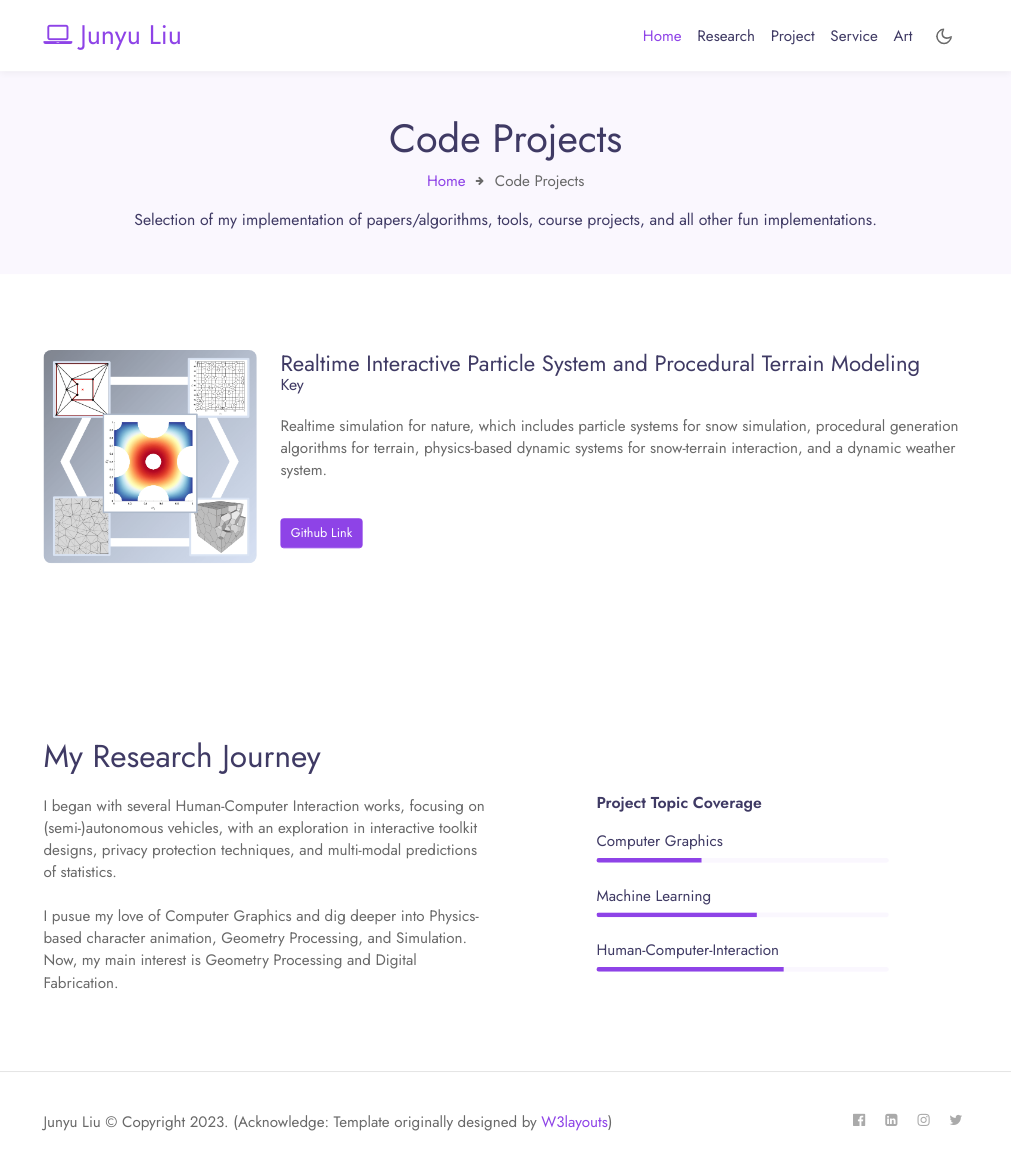
Repository: Junyu-Liu-Nate/junyu-liu-nate.github.io
Page: project.html
The author's editor kept a copy of each file at every save. The page is drawn from the files as they stood at one save, then again after the next save.
The browser window is 1280 px wide. The pictures show the whole page, at 79% of full size.

Above is the page before, as saved 2024-04-10 18:06:00.
Console error: TypeError: Cannot read properties of null (reading 'classList')

### project.html
<!--
Author: Junyu Liu
Author: W3layouts
Author URL: http://w3layouts.com
-->
<!doctype html>
<html lang="en">

<head>
  <!-- Required meta tags -->
  <meta charset="utf-8">
  <meta name="viewport" content="width=device-width, initial-scale=1, shrink-to-fit=no">

  <title>Junyu Liu - Projects</title>

  <!-- google fonts -->
  <link href="//fonts.googleapis.com/css2?family=Jost:wght@300;400;600&display=swap" rel="stylesheet">

  <!-- Template CSS -->
  <link rel="stylesheet" href="assets/css/style-starter.css">
</head>

<body>
<!-- header -->
<header id="site-header" class="fixed-top">
  <div class="container">
      <nav class="navbar navbar-expand-lg stroke">
          <a class="navbar-brand" href="index.html">
              <span class="fa fa-laptop"></span> Junyu Liu
          </a>
          <!-- if logo is image enable this
      <a class="navbar-brand" href="#index.html">
          <img src="image-path" alt="Your logo" title="Your logo" style="height:35px;" />
      </a> -->
          <button class="navbar-toggler  collapsed bg-gradient" type="button" data-toggle="collapse"
              data-target="#navbarTogglerDemo02" aria-controls="navbarTogglerDemo02" aria-expanded="false"
              aria-label="Toggle navigation">
              <span class="navbar-toggler-icon fa icon-expand fa-bars"></span>
              <span class="navbar-toggler-icon fa icon-close fa-times"></span>
              </span>
          </button>

          <div class="collapse navbar-collapse" id="navbarTogglerDemo02">
            <ul class="navbar-nav ml-auto">
                <li class="nav-item active">
                    <a class="nav-link" href="index.html">Home <span class="sr-only">(current)</span></a>
                </li>
                <li class="nav-item @@research_active">
                    <a class="nav-link" href="research.html">Research</a>
                </li>
                <li class="nav-item @@project_active">
                  <a class="nav-link" href="project.html">Project</a>
                </li>
                <li class="nav-item @@service_active">
                  <a class="nav-link" href="service.html">Service</a>
                </li>
                <li class="nav-item @@art_active">
                    <a class="nav-link" href="art.html">Art</a>
                </li>
            </ul>
        </div>
          <!-- toggle switch for light and dark theme -->
          <div class="mobile-position">
              <nav class="navigation">
                  <div class="theme-switch-wrapper">
                      <label class="theme-switch" for="checkbox">
                          <input type="checkbox" id="checkbox">
                          <div class="mode-container">
                              <i class="gg-sun"></i>
                              <i class="gg-moon"></i>
                          </div>
                      </label>
                  </div>
              </nav>
          </div>
          <!-- //toggle switch for light and dark theme -->
      </nav>
  </div>
</header>
<!-- //header -->

<!-- about breadcrumb -->
<section class="w3l-about-breadcrumb text-center">
    <div class="breadcrumb-bg breadcrumb-bg-about py-sm-5 py-4">
        <div class="container py-2">
            <h2 class="title">Code Projects</h2>
            <ul class="breadcrumbs-custom-path mt-2">
                <li><a href="index.html">Home</a></li>
                <li class="active"><span class="fa fa-arrow-right mx-2" aria-hidden="true"></span> Code Projects </li>
            </ul>
            <br>
            <h5>Selection of my implementation of papers/algorithms, tools, course projects, and all other fun implementations.</h5>
        </div>
    </div>
</section>
<!-- //about breadcrumb -->

<!-- about page about section -->
<section class="w3l-aboutblock1" id="about">
    <div class="midd-w3 py-5">
        <div class="container py-lg-5 py-md-3">
              <div class="row">
                <div class="col-lg-3">
                  <div class="position-relative">
                      <img src="assets/images/project/thumnail/port-FEM-vs-VEM.png" alt="" class="radius-image img-fluid">
                  </div>
                </div>
                <div class="col-lg-9 mt-lg-0 mt-5">
                    <!-- <h5 class="title-small mb-2">Hello, I am UI/UX Designer</h5> -->
                    <h3 class="title">Realtime Interactive Particle System and Procedural Terrain Modeling</h3>
                    <h5>Key</h5>
                    <p class="mt-4">
                      Realtime simulation for nature, which includes particle systems for snow simulation, procedural generation algorithms for terrain, physics-based dynamic systems for snow-terrain interaction, and a dynamic weather system.
                    </p>
                    <!-- <p class="mt-4">Proposed, developed and validated the first formalization method of Feint actions, the Palindrome-directed Generation of Feint. Designed and developed an automatic Feint generation model, FeintNet, to incorporate action-level policy designs with the formalization, enabling the effectiveness of Feint in multi-agent scenarios. The experiment results show that Feint actions brings overall benefits and introduce a great extent of diversity in Multi-Player Games.</p> -->
                    <!-- <div class="my-info mt-4">
                        <div class="single-info"><span>Status:</span>
                            <p>Under Review</p>
                        </div>
                        <div class="single-info"><span>Topic:</span>
                          <p>Geometry Processing, Simulation</p>
                        </div>
                    </div> -->
                    <div class="mt-sm-5 mt-4">
                      <a href="https://github.com/Junyu-Liu-Nate/Realtime-Interactive-Particle-System-Procedural-Modeling-OpenGL" class="btn btn-primary">Github Link</a>
                      <!-- <a href="https://youtu.be/e83U_-0MTHk" class="btn btn-primary">Video</a> -->
                      <!-- <a href="#download" class="btn btn-primary">Paper</a> -->
                      <!-- <a href="#download" class="btn btn-primary">Code</a> -->
                      <!-- <a href="#download" class="btn btn-primary">Video</a> -->
                    </div>
                    <!-- <div class="my-social mt-lg-3 mt-4">
                        <a href="#download" class="btn btn-style btn-primary">Detailed Info</a>
                        <ul class="social m-0 p-0">
                            <a href="#download" class="btn btn-outline-primary btn-style mr-2">Website</a>
                            <a href="#download" class="btn btn-outline-primary btn-style mr-2">Paper</a>
                            <a href="#download" class="btn btn-outline-primary btn-style mr-2">Code</a>
                        </ul>
                    </div> -->
                </div>
            </div>

            <!-- <p><br>-----------------------------------------------------------------------------------------------------------------------------------------------------------------------------------<br><br></p> -->
            <p><br></p>

        </div>
    </div>
</section>
<!-- //about page about section -->

<!-- about page third section -->
<section class="w3l-content-6 py-5">
    <div class="content-6-mian py-lg-5 py-md-4">
        <div class="container">
            <div class="content-info-in row">
                <div class="content-gd col-lg-6">
                    <h3 class="title-big mb-4">My Research Journey</h3>
                    <p>
                      I began with several Human-Computer Interaction works, focusing on (semi-)autonomous vehicles, with an exploration in interactive toolkit designs, privacy protection techniques, and multi-modal predictions of statistics.
                      <br><br>

                      I pusue my love of Computer Graphics and dig deeper into Physics-based character animation, Geometry Processing, and Simulation. Now, my main interest is Geometry Processing and Digital Fabrication.
                    </p>
                </div>
                <div class="content-gd col-lg-4 offset-lg-1">
                    <br><br><br>
                    <h5><b>Project Topic Coverage</b></h5><br>
                    <div class="progress-info">
                        <h6 class="progress-tittle">Computer Graphics</h6>
                        <div class="progress">
                            <div class="progress-bar progress-bar-striped" role="progressbar" style="width: 36%"
                                aria-valuenow="36" aria-valuemin="0" aria-valuemax="100">
                            </div>
                        </div>
                    </div>
                    <div class="progress-info">
                        <h6 class="progress-tittle">Machine Learning
                        </h6>
                        <div class="progress">
                            <div class="progress-bar progress-bar-striped" role="progressbar" style="width: 55%"
                                aria-valuenow="55" aria-valuemin="0" aria-valuemax="100">
                            </div>
                        </div>
                    </div>
                    <div class="progress-info">
                        <h6 class="progress-tittle">Human-Computer-Interaction</h6>
                        <div class="progress">
                            <div class="progress-bar progress-bar-striped" role="progressbar" style="width: 64%"
                                aria-valuenow="64" aria-valuemin="0" aria-valuemax="100">
                            </div>
                        </div>
                    </div>
                </div>
            </div>
        </div>
    </div>
</section>
<!-- about page third section -->

<!-- Footer -->
<section class="w3l-footer py-sm-5 py-4">
  <div class="container">
    <div class="footer-content">
      <div class="row">
        <div class="col-lg-8 footer-left">
          <p class="m-0">Junyu Liu © Copyright 2023. (Acknowledge: Template originally designed by <a href="https://w3layouts.com">W3layouts</a>)</p>
        </div>
        <div class="col-lg-4 footer-right text-lg-right text-center mt-lg-0 mt-3">
          <ul class="social m-0 p-0">
            <li><a href="#facebook"><span class="fa fa-facebook-official"></span></a></li>
            <li><a href="#linkedin"><span class="fa fa-linkedin-square"></span></a></li>
            <li><a href="#instagram"><span class="fa fa-instagram"></span></a></li>
            <li><a href="#twitter"><span class="fa fa-twitter"></span></a></li>
          </ul>
        </div>
      </div>
    </div>
  </div>

  <!-- move top -->
  <button onclick="topFunction()" id="movetop" title="Go to top">
    <span class="fa fa-angle-up"></span>
  </button>
  <script>
    // When the user scrolls down 20px from the top of the document, show the button
    window.onscroll = function () {
      scrollFunction()
    };

    function scrollFunction() {
      if (document.body.scrollTop > 20 || document.documentElement.scrollTop > 20) {
        document.getElementById("movetop").style.display = "block";
      } else {
        document.getElementById("movetop").style.display = "none";
      }
    }

    // When the user clicks on the button, scroll to the top of the document
    function topFunction() {
      document.body.scrollTop = 0;
      document.documentElement.scrollTop = 0;
    }
  </script>
  <!-- /move top -->
</section>
<!-- //Footer -->

<!-- all js scripts and files here -->

<script src="assets/js/theme-change.js"></script><!-- theme switch js (light and dark)-->

<script src="assets/js/jquery-3.3.1.min.js"></script><!-- default jQuery -->

<!-- /typig-text-->
<script>
  const typedTextSpan = document.querySelector(".typed-text");
  const cursorSpan = document.querySelector(".cursor");

  const textArray = ["UI/UX Designer", "Freelancer", "Web developer"];
  const typingDelay = 200;
  const erasingDelay = 10;
  const newTextDelay = 100; // Delay between current and next text
  let textArrayIndex = 0;
  let charIndex = 0;

  function type() {
    if (charIndex < textArray[textArrayIndex].length) {
      if (!cursorSpan.classList.contains("typing")) cursorSpan.classList.add("typing");
      typedTextSpan.textContent += textArray[textArrayIndex].charAt(charIndex);
      charIndex++;
      setTimeout(type, typingDelay);
    } else {
      cursorSpan.classList.remove("typing");
      setTimeout(erase, newTextDelay);
    }
  }

  function erase() {
    if (charIndex > 0) {
      // add class 'typing' if there's none
      if (!cursorSpan.classList.contains("typing")) {
        cursorSpan.classList.add("typing");
      }
      typedTextSpan.textContent = textArray[textArrayIndex].substring(0, 0);
      charIndex--;
      setTimeout(erase, erasingDelay);
    } else {
      cursorSpan.classList.remove("typing");
      textArrayIndex++;
      if (textArrayIndex >= textArray.length) textArrayIndex = 0;
      setTimeout(type, typingDelay);
    }
  }

  document.addEventListener("DOMContentLoaded", function () { // On DOM Load initiate the effect
    if (textArray.length) setTimeout(type, newTextDelay + 250);
  });
</script>
<!-- //typig-text-->

<!-- services owlcarousel -->
<script src="assets/js/owl.carousel.js"></script>

<!-- script for services -->
<script>
  $(document).ready(function () {
    $('.owl-two').owlCarousel({
      loop: true,
      margin: 30,
      nav: false,
      responsiveClass: true,
      autoplay: false,
      autoplayTimeout: 5000,
      autoplaySpeed: 1000,
      autoplayHoverPause: false,
      responsive: {
        0: {
          items: 1,
          nav: false
        },
        480: {
          items: 1,
          nav: false
        },
        700: {
          items: 1,
          nav: false
        },
        1090: {
          items: 3,
          nav: false
        }
      }
    })
  })
</script>
<!-- //script for services -->

<!-- script for tesimonials carousel slider -->
<script>
  $(document).ready(function () {
    $("#owl-demo1").owlCarousel({
      loop: true,
      margin: 20,
      nav: false,
      responsiveClass: true,
      responsive: {
        0: {
          items: 1,
          nav: false
        },
        736: {
          items: 1,
          nav: false
        },
        1000: {
          items: 2,
          nav: false,
          loop: false
        }
      }
    })
  })
</script>
<!-- //script for tesimonials carousel slider -->

<!-- video popup -->
<script src="assets/js/jquery.magnific-popup.min.js"></script>
<script>
  $(document).ready(function () {
    $('.popup-with-zoom-anim').magnificPopup({
      type: 'inline',

      fixedContentPos: false,
      fixedBgPos: true,

      overflowY: 'auto',

      closeBtnInside: true,
      preloader: false,

      midClick: true,
      removalDelay: 300,
      mainClass: 'my-mfp-zoom-in'
    });

    $('.popup-with-move-anim').magnificPopup({
      type: 'inline',

      fixedContentPos: false,
      fixedBgPos: true,

      overflowY: 'auto',

      closeBtnInside: true,
      preloader: false,

      midClick: true,
      removalDelay: 300,
      mainClass: 'my-mfp-slide-bottom'
    });
  });
</script>
<!-- //video popup -->

<!-- stats number counter-->
<script src="assets/js/jquery.waypoints.min.js"></script>
<script src="assets/js/jquery.countup.js"></script>
<script>
  $('.counter').countUp();
</script>
<!-- //stats number counter -->

<!-- disable body scroll which navbar is in active -->
<script>
  $(function () {
    $('.navbar-toggler').click(function () {
      $('body').toggleClass('noscroll');
    })
  });
</script>
<!-- disable body scroll which navbar is in active -->

<!--/MENU-JS-->
<script>
  $(window).on("scroll", function () {
    var scroll = $(window).scrollTop();

    if (scroll >= 80) {
      $("#site-header").addClass("nav-fixed");
    } else {
      $("#site-header").removeClass("nav-fixed");
    }
  });

  //Main navigation Active Class Add Remove
  $(".navbar-toggler").on("click", function () {
    $("header").toggleClass("active");
  });
  $(document).on("ready", function () {
    if ($(window).width() > 991) {
      $("header").removeClass("active");
    }
    $(window).on("resize", function () {
      if ($(window).width() > 991) {
        $("header").removeClass("active");
      }
    });
  });
</script>
<!--//MENU-JS-->

<!-- bootstrap js -->
<script src="assets/js/bootstrap.min.js"></script>

</body>

</html>

Loaded but not shown: assets/css/style-starter.css (library); assets/js/theme-change.js (common file); assets/js/jquery-3.3.1.min.js (library); assets/js/owl.carousel.js (library); assets/js/jquery.magnific-popup.min.js (library); assets/js/jquery.waypoints.min.js (library); assets/js/jquery.countup.js (common file); assets/js/bootstrap.min.js (library)

After the next save:
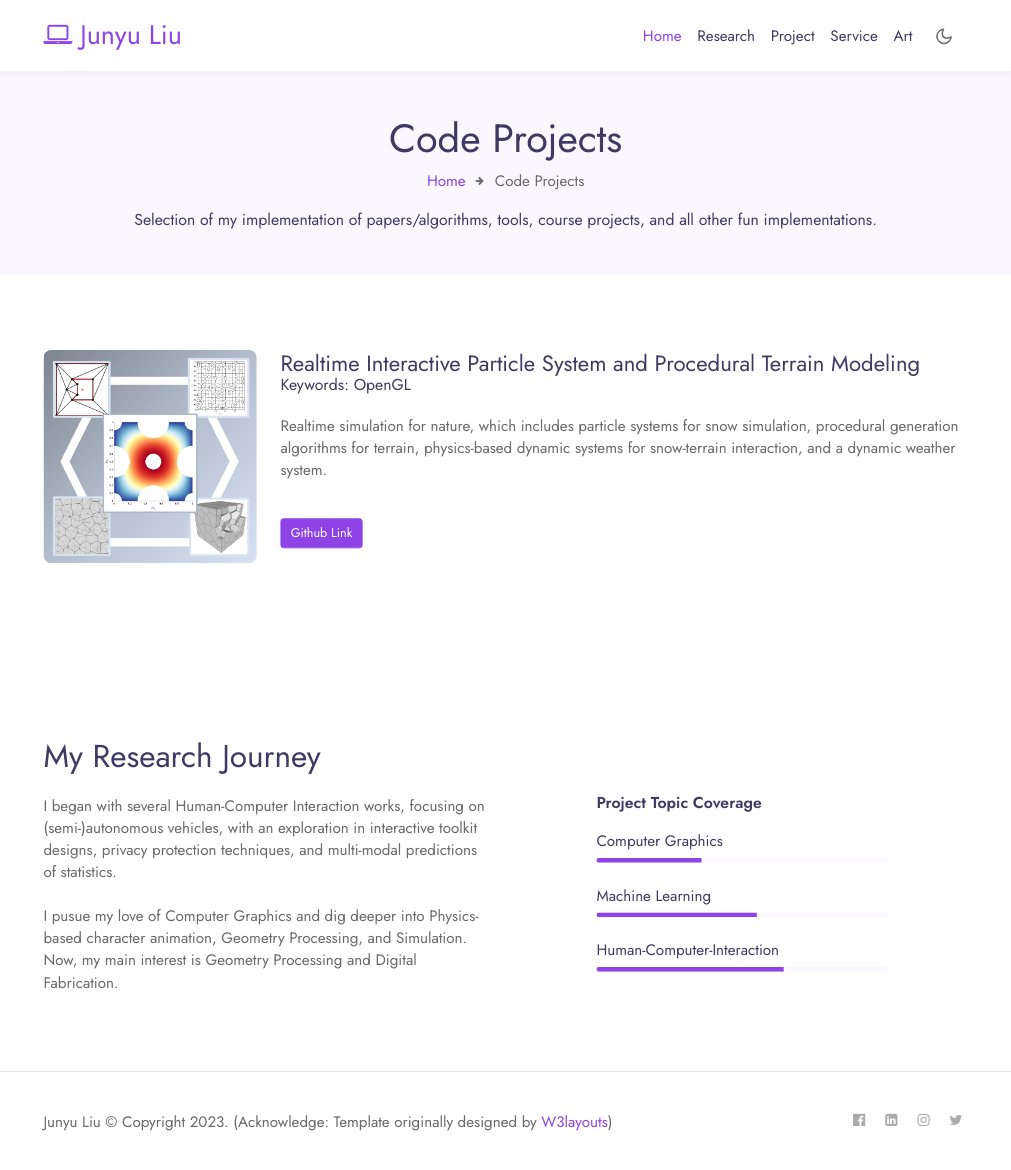
Saved 7 s later.
--- a/project.html
+++ b/project.html
@@ -108,7 +108,7 @@
                 <div class="col-lg-9 mt-lg-0 mt-5">
                     <!-- <h5 class="title-small mb-2">Hello, I am UI/UX Designer</h5> -->
                     <h3 class="title">Realtime Interactive Particle System and Procedural Terrain Modeling</h3>
-                    <h5>Key</h5>
+                    <h5>Keywords: OpenGL</h5>
                     <p class="mt-4">
                       Realtime simulation for nature, which includes particle systems for snow simulation, procedural generation algorithms for terrain, physics-based dynamic systems for snow-terrain interaction, and a dynamic weather system.
                     </p>
